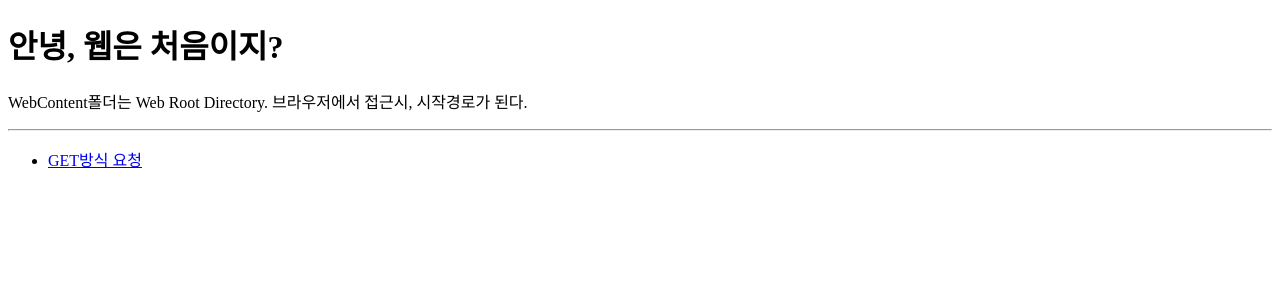
Repository: uriquely/web_server_assignment
Page: 210206_server_assignment/01_HelloWeb/WebContent/index.html
These files come from the project's save history. The page is drawn as it stood at one moment and after the next save; the edit follows.
The browser window is 1280 px wide. The pictures show the whole page.

Above is the page before, as saved 2021-02-02 05:50:58.

### 210206_server_assignment/01_HelloWeb/WebContent/index.html
<!DOCTYPE html>
<html>
	<head>
		<meta charset="utf-8"/>
	</head>
	<body>
		<h1>안녕, 웹은 처음이지?</h1>
		<p>
			WebContent폴더는 Web Root Directory.
			브라우저에서 접근시, 시작경로가 된다.
		</p>
		<hr />
		<!-- ul+ -->
		<ul>
<!-- 		/ 로 시작한 절대주소.
			/ 현재 tomcat 서버를 가리킴.
			/web 현재 지역서버에 배포된 application인 01_HelloWeb의 context-root명
				web root directory(WebContent)의 시작
				/WebContent/servlet/testPerson1.html을 찾게 된다.

			하나의 톰캣 서버에는 여러가지 어플리케이션이 들어올 수 있다.
			그래서 어떤 어플리케이션인지 반드시 명시를 해야 함.
			우리는 web이라는 어플리케이션에 있는 루트에 접근을 하고 있다.

			-->
			<li><a href="/web/servlet/testPerson1.html">GET방식 요청</a></li>
		</ul>
	</body>
</html>

After the next save:
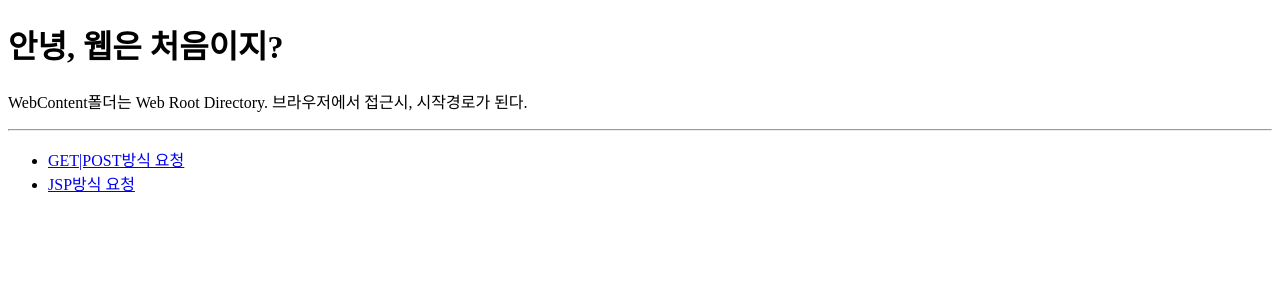
Saved 101 s later.
--- a/210206_server_assignment/01_HelloWeb/WebContent/index.html
+++ b/210206_server_assignment/01_HelloWeb/WebContent/index.html
@@ -23,7 +23,8 @@
 			우리는 web이라는 어플리케이션에 있는 루트에 접근을 하고 있다.
 
 			-->
-			<li><a href="/web/servlet/testPerson1.html">GET방식 요청</a></li>
+			<li><a href="/web/servlet/testPerson1.html">GET|POST방식 요청</a></li>
+			<li><a href="/web/servlet/testPerson2.html">JSP방식 요청</a></li>
 		</ul>
 	</body>
 </html>
